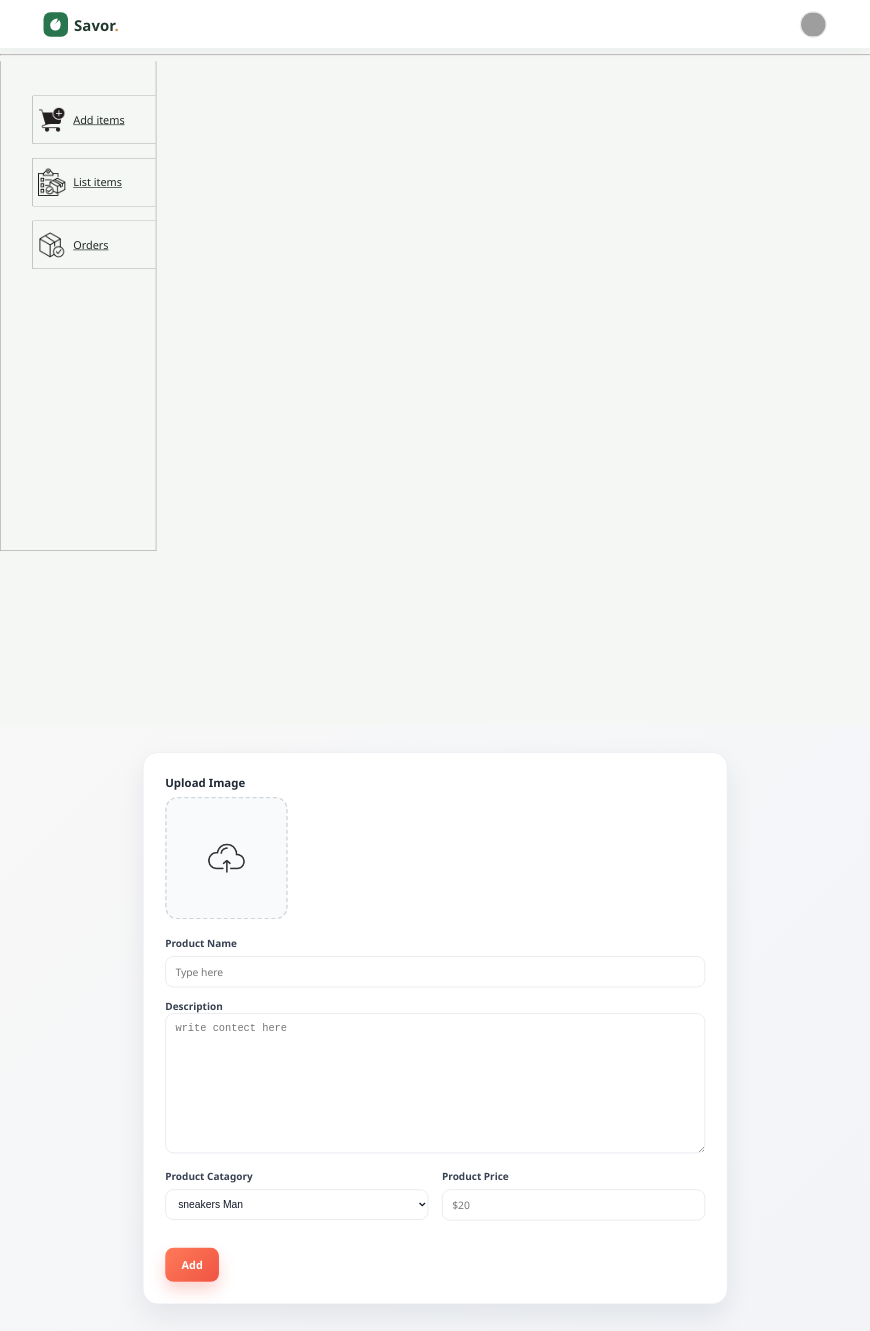
Repository: prince44991/Ecommerce-Project-Full-Stack
Page: /Additem (app in admin/my-react-app/)
The author's editor kept a copy of each file at every save. The page is drawn from the files as they stood at one save, then again after the next save.
The browser window is 1280 px wide. The pictures show the whole page, at 68% of full size.
Pictures or frames that could not be fetched are drawn as grey boxes. The project was rebuilt for these pictures with package versions that can differ from the ones it lists, and the page was loaded fresh each time. Also part of the build but not shown: admin/my-react-app/vite.config.js, admin/my-react-app/src/pages/Order/Order.jsx, admin/my-react-app/src/pages/List/List.jsx.

Above is the page before, as saved 2026-09-29 21:18:10.

### admin/my-react-app/index.html
<!doctype html>
<html lang="en">
  <head>
    <meta charset="UTF-8" />
    <link rel="icon" type="image/svg+xml" href="/favicon.svg" />
    <meta name="viewport" content="width=device-width, initial-scale=1.0" />
    <title>my-react-app</title>
  </head>
  <body>
    <div id="root"></div>
    <script type="module" src="/src/main.jsx"></script>
  </body>
</html>

### admin/my-react-app/src/index.css
:root {
  font-family: 'DM Sans', 'Segoe UI', sans-serif;
  font-synthesis: none;
  text-rendering: optimizeLegibility;
  -webkit-font-smoothing: antialiased;
  -moz-osx-font-smoothing: grayscale;
  font-optical-sizing: auto;
  font-weight: 400;
  color: #202a27;
  background: #f5f7f5;
}

* {
  box-sizing: border-box;
}

body {
  min-width: 320px;
  min-height: 100vh;
  margin: 0;
}

button,
input {
  font: inherit;
}

a {
  color: inherit;
}

### admin/my-react-app/src/App.jsx
import Navbar from './components/Navbar/Navbar.jsx'
import Sliderbar from './components/Sliderbar/Sliderbar.jsx'
import { BrowserRouter, Route, Routes } from "react-router-dom"
import Add from './pages/Add/Add.jsx'
import Order from './pages/Order/Order.jsx'
import List from './pages/List/List.jsx'
function App() {
  return (
    <>
    <BrowserRouter>
    <Navbar />
    <hr/>
    <Sliderbar/>
    <Routes>
      <Route path='/Additem' element={<Add/>} />
      <Route path='/Listitem' element={<List/>} />
      <Route path='/Orders' element={<Order/>} />
    </Routes>
    </BrowserRouter>
    </>
  )
}

export default App

### admin/my-react-app/src/components/Navbar/Navbar.jsx
import React from 'react'
import './Navbar.css'

const Navbar = () => {
  return (
    <header className="navbar">
      <a className="navbar__brand" href="#dashboard" aria-label="Savor admin dashboard">
        <span className="navbar__logo" aria-hidden="true">
          <svg viewBox="0 0 32 32" fill="none">
            <path d="M16 27c-6.2 0-10-4.2-10-9.7C6 11.6 10.5 6 19.5 5c-.2 5.6-2.7 8.3-6.8 10.2 3.4-1.1 7-3.7 9.2-7.4C27.7 14 24.8 27 16 27Z" fill="currentColor" />
            <path d="M9 23c3.2-4.2 6.1-6.3 10.8-8.4" stroke="white" strokeWidth="1.8" strokeLinecap="round" />
          </svg>
        </span>
        <span className="navbar__name">Savor<span>.</span></span>
      </a>

      <img
        className="navbar__avatar"
        src="https://images.unsplash.com/photo-1534528741775-53994a69daeb?auto=format&fit=crop&w=128&h=128&q=80"
        alt="Admin profile"
      />
    </header>
  )
}

export default Navbar

### admin/my-react-app/src/components/Sliderbar/Sliderbar.jsx
import React from 'react'
import './Sliderbar.css'
import item from '../../assets/add-to-cart.png';
import list from '../../assets/list-items.png';
import order from '../../assets/package.png';
import { NavLink } from 'react-router-dom';
const Sliderbar = () => {
  return (
    <div>
    <div className="sidebar">
        <div className="sidbar-options">
            <div className="sidbar-option">
                <img src={item} alt="" />
                <NavLink to="/Additem"><p className='par'>Add items</p></NavLink>
            </div>
            <div className="sidbar-option">
                <img src={list} alt="" />
                <NavLink to="/Listitem"><p className='par'>List items</p></NavLink>
            </div>
            <div className="sidbar-option">
                <img src={order} alt="" />
                <NavLink to="/Orders"><p className='par'>Orders</p></NavLink>
            </div>
        </div>
    </div>
    </div>
  )
}

export default Sliderbar

### admin/my-react-app/src/pages/Add/Add.jsx
/** @format */

import React from "react";
import cloud from "../../assets/cloud-computing.png";
import "./Add.css";
const Add = () => {
  return (
    <div className="add">
      <form>
        <div className="add-img-upload flex-col mt-4">
          <h4>Upload Image</h4>
          <label htmlFor="image">
            <img src={cloud} />
          </label>
          <input type="file" id="image" hidden required />
        </div>
        <div className="add-product-name flex-col">
          <p>product name</p>
          <input type="text" name="name" placeholder="Type here" id="image" />
        </div>
        <div className="add-product-description">
          <p>description</p>
          <textarea
            name="description"
            rows="10"
            cols="30"
            placeholder="write contect here"
          ></textarea>
        </div>
        <div className="add-catagory-price">
          <div className="add-catagory flex-col">
            <p>Product catagory</p>
            <select name="catagory">
              <option value="sneakers Man">sneakers Man</option>
              <option value="Loafers">Loafers</option>
              <option value="Sports & Athletic Shoes">
                Sports & Athletic Shoes
              </option>
              <option value="Oxfords">Oxfords</option>
              <option value="Chelsea Boots">Chelsea Boots</option>
              <option value="Flats / Ballerinas">Flats / Ballerinas</option>
              <option value="Heels">Heels</option>
              {/* <option value="Chelsea Boots"></option> */}
            </select>
          </div>

          <div className="add-price flex-col">
            <p>product price</p>
            <input type="number" name="price" placeholder="$20" />
          </div>
        </div>
        <button>Add</button>
      </form>
    </div>
  );
};

export default Add;

### admin/my-react-app/src/components/Navbar/Navbar.css
.navbar {
	display: flex;
	width: 100%;
	min-height: 72px;
	align-items: center;
	justify-content: space-between;
	gap: 24px;
	padding: 0 clamp(18px, 5vw, 64px);
	border-bottom: 1px solid #e8eeea;
	background: #fff;
	box-shadow: 0 3px 14px rgb(30 59 43 / 5%);
}

.navbar__brand {
	display: inline-flex;
	flex: 0 0 auto;
	align-items: center;
	gap: 9px;
	color: #203a2d;
	text-decoration: none;
}

.navbar__logo {
	display: grid;
	width: 36px;
	height: 36px;
	place-items: center;
	border-radius: 10px;
	color: #fff;
	background: #28754e;
}

.navbar__logo svg {
	width: 26px;
	height: 26px;
}

.navbar__name {
	font-size: 22px;
	font-weight: 700;
}

.navbar__name span {
	color: #d98750;
}

.navbar__avatar {
	width: 40px;
	height: 40px;
	flex: 0 0 auto;
	border: 2px solid #e7eee9;
	border-radius: 50%;
	object-fit: cover;
	object-position: center 38%;
}

.navbar__brand:focus-visible {
	outline: 2px solid #28754e;
	outline-offset: 4px;
}

@media (max-width: 560px) {
	.navbar {
		min-height: 64px;
		gap: 18px;
		padding: 0 18px;
	}
}

### admin/my-react-app/src/components/Sliderbar/Sliderbar.css
img{
    width: 40px;
}

.sidebar{
    width: 18%;
     min-height: 100vh;
    border: 1.5px solid #a9a9a9;
    border-top: 0;
}
.sidbar-options{
    padding-top: 50px;
    padding-left: 20%;
    display: flex;
    flex-direction: column;
    gap: 20px;
}
.sidbar-option{
    display: flex;
     align-items: center;
    gap: 12px;
    border: 1px solid #a9a9a9;
    border-right: 0;
    padding: 8px;
    border-radius: 3px 0px 0px 3px;
    cursor: pointer;
     /* text-decoration: none; */
}
.par{
    text-decoration: none;
}

### admin/my-react-app/src/pages/Add/Add.css
.add {
  display: flex;
  justify-content: center;
  align-items: flex-start;
  padding: 40px 20px;
  background: linear-gradient(135deg, #f8f8f8 0%, #f2f4f8 100%);
  min-height: calc(100vh - 80px);
  margin-top:20vw;
}

.add form {
  width: min(860px, 100%);
  background: #ffffff;
  border: 1px solid #e9ebf0;
  border-radius: 22px;
  padding: 32px;
  box-shadow: 0 18px 40px rgba(17, 24, 39, 0.08);
}

.flex-col {
  display: flex;
  flex-direction: column;
  gap: 10px;
}

.add-img-upload {
  margin-bottom: 24px;
}

.add-img-upload h4 {
  margin: 0;
  font-size: 1.05rem;
  font-weight: 700;
  color: #1f2937;
}

.add-img-upload label {
  width: 180px;
  height: 180px;
  border: 2px dashed #d1d5db;
  border-radius: 18px;
  background: #f9fafb;
  display: flex;
  justify-content: center;
  align-items: center;
  cursor: pointer;
  transition: all 0.25s ease;
}

.add-img-upload label:hover {
  border-color: #ff7a59;
  background: #fff4f1;
}

.add-img-upload img {
  width: 54px;
  height: 54px;
  object-fit: contain;
  opacity: 0.8;
}

.add-product-name,
.add-product-description,
.add-catagory,
.add-price {
  margin-bottom: 18px;
}

.add-product-name p,
.add-product-description p,
.add-catagory p,
.add-price p {
  margin: 0;
  font-size: 0.92rem;
  font-weight: 600;
  text-transform: capitalize;
  color: #374151;
}

.add input,
.add textarea,
.add select {
  width: 100%;
  border: 1px solid #dfe3ea;
  border-radius: 12px;
  padding: 12px 14px;
  background: #ffffff;
  color: #111827;
  font-size: 0.95rem;
  transition: border 0.2s ease, box-shadow 0.2s ease;
}

.add input:focus,
.add textarea:focus,
.add select:focus {
  outline: none;
  border-color: #ff855a;
  box-shadow: 0 0 0 4px rgba(255, 133, 90, 0.12);
}

.add textarea {
  min-height: 140px;
  resize: vertical;
}

.add-catagory-price {
  display: grid;
  grid-template-columns: repeat(2, minmax(220px, 1fr));
  gap: 20px;
  margin-bottom: 22px;
}

.add button {
  border: none;
  border-radius: 12px;
  background: linear-gradient(135deg, #ff7a59 0%, #f05442 100%);
  color: #fff;
  font-size: 1rem;
  font-weight: 700;
  padding: 14px 24px;
  cursor: pointer;
  transition: transform 0.2s ease, box-shadow 0.2s ease;
  box-shadow: 0 12px 22px rgba(240, 84, 66, 0.25);
}

.add button:hover {
  transform: translateY(-1px);
  box-shadow: 0 16px 28px rgba(240, 84, 66, 0.28);
}

@media (max-width: 640px) {
  .add {
    padding: 20px 14px;
  }

  .add form {
    padding: 20px 16px;
    border-radius: 16px;
  }

  .add-catagory-price {
    grid-template-columns: 1fr;
    gap: 14px;
  }

  .add-img-upload label {
    width: 100%;
    max-width: 210px;
    height: 150px;
  }
}

Loaded but not shown: admin/my-react-app/src/main.jsx (common file)

After the next save:
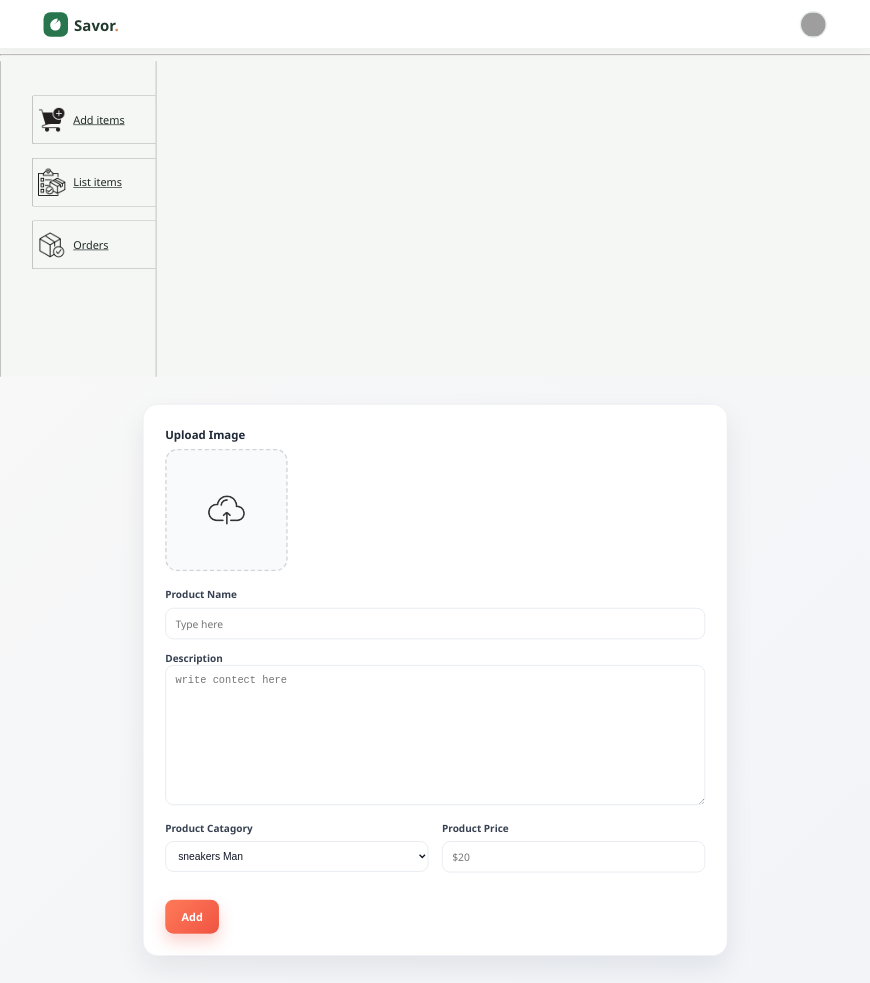
Saved 8 s later.
--- a/admin/my-react-app/src/pages/Add/Add.css
+++ b/admin/my-react-app/src/pages/Add/Add.css
@@ -5,7 +5,7 @@
   padding: 40px 20px;
   background: linear-gradient(135deg, #f8f8f8 0%, #f2f4f8 100%);
   min-height: calc(100vh - 80px);
-  margin-top:20vw;
+  margin-top:-20vw;
 }
 
 .add form {
